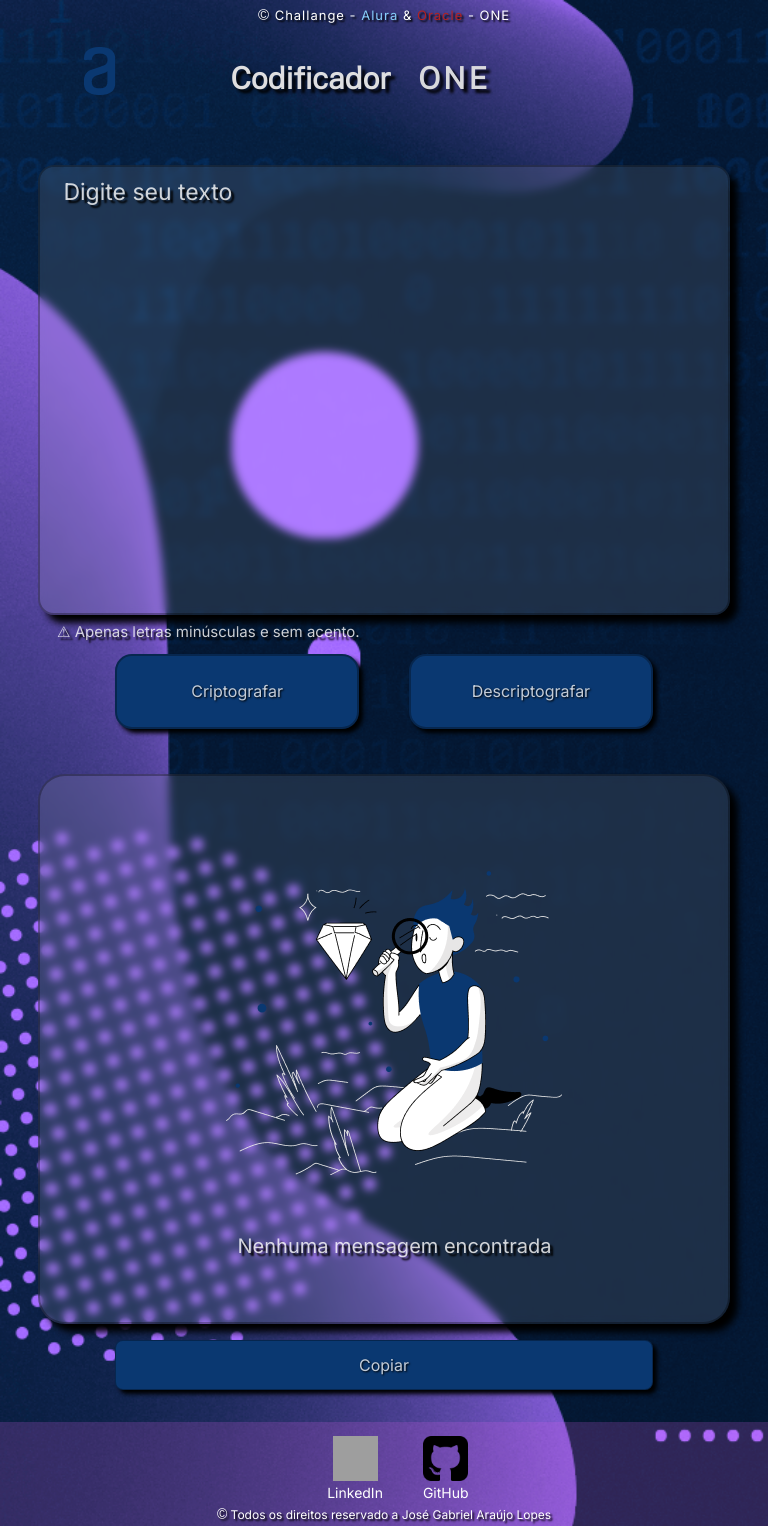
Repository: GabbrielLopes/Decodificador-ONE-Challange-Alura
Page: index.html
An editor plug-in stored every save of this project. The page is shown before and after a run of saves, followed by the edit.
The browser window is 768 px wide. The pictures show the whole page.
Pictures or frames that could not be fetched are drawn as grey boxes.

Above is the page before, as saved 2022-05-11 23:22:42.

### index.html

<!-- Regras Codificador:
"e" é convertido para "enter"
"i" é convertido para "imes"
"a" é convertido para "ai"
"o" é convertido para "ober"
"u" é convertido para "ufat"
Apenas letras minúsculas
Não permite acentuação
*/

/* Regras Decodificador:
"enter" é convertido para "e"
"imes" é convertido para "i"
"ai" é convertido para "a"
"ober" é convertido para "o"
"ufat" é convertido para "u"
Apenas letras minúsculas
Não permite acentuação
-->

<!DOCTYPE html>
<html lang="pt-br">
<head>
    <meta charset="UTF-8">
    <meta name="viewport" content="width=device-width">
    <link rel="stylesheet" href="css/reset.css">
    <link rel="stylesheet" href="css/style.css">
    <link rel="stylesheet" href="css/media.css">
    <link href="https://fonts.googleapis.com/css2?family=Inter&display=swap" rel="stylesheet">
    <link href="https://fonts.googleapis.com/css2?family=Public+Sans:wght@300&display=swap" rel="stylesheet">
    <title>Codificador ONE</title>
</head>
<body>
    <header>
        <div class="info-header">
            <p>© Challange - <a href="https://www.alura.com.br" target="_blank">Alura</a> & <a href="https://www.oracle.com/br/education/oracle-next-education/" target="_blank">Oracle</a> - ONE</p>
        </div>
        <div>
            <img src="imagens/logo-alura.png" alt="Logo alura com inicial da letra a" class="logo-cabecalho">
            <h2>Codificador <a href="https://www.oracle.com/br/education/oracle-next-education/" target="_blank">ONE</a></h2>
        </div>
        <div>
        </div>
    </header>
    <main class="main">
        <section>
            <textarea cols="40" rows="6" placeholder="Digite seu texto" class="campo-texto"></textarea>
            <div>
                <h6 class="informacao">⚠ Apenas letras minúsculas e sem acento.</h6>
            </div>

            <div class="botoes">
                <button class="btn-criptografar">Criptografar</button>
                <button class="btn-descriptografar">Descriptografar</button>
            </div>
        </section>

        <section class="mensagem">
            <textarea readonly cols="18" rows="8" placeholder="Nenhuma mensagem encontrada" ></textarea>
            <div class="div-btn-copy">
                <button class="btn-copy">Copiar</button>
            </div>
        </section>
    </main>
    <footer>

        <div class="icons-links">
            <div class="icons-flex">
                <a href="https://www.linkedin.com/in/josegabrielalopes/" target="_blank"><img src="imagens/linkedin.png">LinkedIn</a>
                <a href="https://github.com/GabbLps" target="_blank"><img src="imagens/github.png">GitHub</a>
            </div>
        </div>

        <div class="copyright">
            <p>© Todos os direitos reservado a <a href="https://www.linkedin.com/in/josegabrielalopes/" target="_blank">José Gabriel Araújo Lopes</a></p>
        </div>
    </footer>
</body>
<script src="./js/script.js"></script>
</html>

### css/style.css
* {
    font-family: "Inter", sans-serif;
}

html{
    margin: auto;
    padding: 0px;
    min-height: 100%;
    font-family: "Inter", sans-serif;
}

.info-header {
    margin-top: 0.5em;
    letter-spacing: 1px;
    font-size: 13px;
    justify-content: center;
    color: #fff;
    text-shadow: 2px 2px 2px #000;
    user-select: none;
}

.info-header p::first-letter{
    font-family: Arial, Helvetica, sans-serif;
    font-size: 15px;
}

.info-header a:nth-child(1), .info-header a:nth-child(2)  {
    color: #87CEFA;
    text-decoration: none;
}

.info-header a:nth-child(2) {
    color: #B22222;
}

header h2, header h2 a {
    user-select: none;
    font-family: 'Public Sans';
    font-size: 30px;
    letter-spacing: 3px;
    color: #E5E5E5;
    margin-top: 40px;
    margin-left: 20px;
    font-weight: bold;
    text-decoration: none;
    text-shadow: 4px 4px 3px #000;
    opacity: 0.97;
}

header div {
    display: flex;
}

.logo-cabecalho {
    margin: 25px 40px 40px 40px;
}

.main {
    min-height: calc(100vh - 120px);
    display: flex;
    margin-left: 80px;
}

body {
    box-sizing: border-box;
    margin: 0;
    width: 100%;
    height: 100%;
    background: #E5E5E5;
    background-image: url(../imagens/background.png);
    background-size: cover;
}

section div {
    margin: 0;
    display: flex;
}

textarea {
    font-size: 23px;
    color: rgba(255,255,255, 0.8);
    background: rgba( 255, 255, 255, 0.1);
    backdrop-filter: blur(4px);
    -webkit-backdrop-filter: blur(3px);
    text-shadow: 3px 3px 2px black;
    vertical-align: top;
    resize: none;
}

textarea::placeholder {
    color: rgba(255,255,255, 0.8);
    text-shadow: 3px 3px 2px black;
    text-align: top;
    margin-top: 2em;
}

.campo-texto {
    box-sizing: border-box;
    width: 640px;
    height: 300px;   /*  480 px   */
    margin-top: 60px;
    margin-left: 4em;
    padding-top: 0.5em;
    padding-left: 1em;
    border: 2px solid rgba( 0, 0, 0, 0.3);
    border-radius: 16px;
    box-shadow: 8px 8px 7px #000;
}

.mensagem textarea {
    box-sizing: border-box;
    width: 320px;
    height: 550px;
    margin-left: 2em;
    padding-top: 0.5em;
    padding-left: 1em;
    text-align: left;
    border: 2px solid rgba( 0, 0, 0 , 0.3);
    border-radius: 27px;
    box-shadow: 8px 8px 7px #000;
}

.mensagem textarea::placeholder {
    padding-top: 447px;
    text-align: center;
    font-size: 20px;
    background-image: url(../imagens/boneco.png);
    background-repeat: no-repeat;
    background-position: -50px 100px;
}
/*
.campo-mensagem-imagem {
    background-image: url(boneco.png);
    background-repeat: no-repeat;
    background-position: center;
}
*/
.informacao {
    user-select: none;
    color: rgba(255,255,255, 0.8);
    text-shadow: 3px 3px 2px black;
    font-size: 15px;
    margin-left: 9em;
    margin-top: 0.6em;
}

.botoes {
    display: flex;
    margin-left: 9em;
    margin-top: 2em;
}

.btn-criptografar, .btn-descriptografar {
    width: 250px;
    height: 75px;
    border: 2px solid rgba( 0, 0, 0 , 0.3);
    border-radius: 17px;
    background-color: #0A3871;
    color: rgba(216, 223, 232, 0.9);
    text-shadow: 1px 1px 2px #000;
    font-size: 16px;
    box-shadow: 4px 4px 4px #000;
    transition: 80ms;
}

.btn-descriptografar {
    margin-left: 50px;
}

.btn-criptografar:hover, .btn-descriptografar:hover {
    cursor: pointer;
    background-color: rgba(216, 223, 232, 0.8) ;
    color: #0A3871;
    transition: 80ms;
    font-size: 20px;
}

.btn-criptografar:active, .btn-descriptografar:active {
    font-size: 19px;
}

.btn-copy {
    width: 200px;
    height: 50px;
    margin-left: 100px;
    margin-top: 1em;
    border: 1px solid rgba( 0, 0, 0 , 0.3);
    border-radius: 8px;
    background-color: #0A3871;
    color: rgba(216, 223, 232, 0.9);
    text-shadow: 1px 1px 2px #000;
    font-size: 16px;
    box-shadow: 4px 4px 4px #000;
    transition: 80ms;
}

.btn-copy:hover {
    cursor: pointer;
    background-color: rgba(216, 223, 232, 0.8) ;
    color: white;
    transition: 80ms;
    font-size: 17px;
    margin-bottom: 2em;
}

.btn-copy:active {
    font-size: 18px;
}

footer {
    width: 100%;
    background-color: rgba(219,97,234, 0.2);

}

.icons-links img{
    display: block;
    width: 45px;
    height: 45px;
    margin: 1em auto;
    margin-bottom: 5px;
    justify-content: center;
}

.icons-links a {
    display: block;
    color: #fff;
    margin: 0 20px;
    text-align: center;
    align-items: center;
    font-size: 14px;
    text-decoration: none;
}

.icons-links a:nth-child(1):hover {
    color:#0077b7;
    transition: 0.3s;
}

.icons-links a:nth-child(2):hover {
    color:#000;
    transition: 0.3s;
}

.icons-flex {
    display: flex;
    margin: 0 40%;
    margin-bottom: 7px;
}

.copyright p {
    user-select: none;
    color: #fff;
    font-size: 12px;
    text-align: center;
    align-items: end;  /* Alinha vertical  */
    justify-content: center;   /* Alinha horizontal */
    padding: 0 0 5px;
    text-shadow: 2px 2px 2px #000;

}

.copyright p:first-letter{
    font-size: 14px;
    font-family: Arial, Helvetica, sans-serif;
}

.copyright a{
    color: #fff;
    text-decoration: none;
    text-shadow: 2px 2px 2px #000;
}

### css/media.css
@media screen and (max-width: 866px) {

    header h2 {
        margin: auto;
        letter-spacing: normal;
        align-self: center;
        position: absolute;
        left: 30%;
    }

    .main {
        display: flex;
        flex-direction: column;
        margin: 0;
    }

    .campo-texto, .mensagem textarea {
        margin: 30px 5%;
        margin-bottom: 0px;
        width: 90%;
        height: 450px;
    }

    .mensagem textarea {
        height: 550px;
    }

    .informacao {
        margin-left: 57px;
    }

    .botoes {
        margin: 15px 15%;
        max-width: 80%;
    }

    .mensagem textarea::placeholder {
        padding-top: 447px;
        text-align: center;
        font-size: 20px;
        background-image: url(../imagens/boneco.png);
        background-repeat: no-repeat;
        background-position: center;
    }

    .btn-copy {
        margin: 2em 15%;
        margin-top: 1em;
        width: 100%;
    }

}

### js/script.js
/* Regras Codificador:
"e" é convertido para "enter"
"i" é convertido para "imes"
"a" é convertido para "ai"
"o" é convertido para "ober"
"u" é convertido para "ufat"
Apenas letras minúsculas
Não permite acentuação

 Regras Decodificador:
"enter" é convertido para "e"
"imes" é convertido para "i"
"ai" é convertido para "a"
"ober" é convertido para "o"
"ufat" é convertido para "u"
Apenas letras minúsculas
Não permite acentuação   */

var botaoEncriptar = buscaElemento(".btn-criptografar");
var botaoDesencriptar = buscaElemento(".btn-descriptografar");
var botaoCopiar = buscaElemento(".btn-copy");
var campoMensagem = buscaElemento(".campo-mensagem");
var sectionMensagem = buscaElemento(".mensagem textarea");
var campoTexto = buscaElemento(".campo-texto");

function buscaElemento(elemento){
    return document.querySelector(elemento);
}

//  Função onde joga o valor do campo de texto para o campo mensagem,chamando a função de encriptar
function btnEncriptar() {
    var texto = campoTexto.value;
    sectionMensagem.value = encriptar(texto);
    campoTexto.value = "";
}

//  Função onde faz a criptografia do texo digitado pelo usuário
function encriptar (texto) {
    var texto = texto.replaceAll(/e/gi,"enter")
    .replaceAll(/i/gi,"imes")
    .replaceAll(/a/gi, "ai")
    .replaceAll(/o/gi,"ober")
    .replaceAll(/u/gi,"ufat");

    stringEncriptada = texto;
    return stringEncriptada.toLowerCase();
}

// Função onde joga o valor do campo de texto para o campo mensagem,chamando a função de desencriptar
function btnDesencriptar() {
    var texto = campoTexto.value;
    sectionMensagem.value = desencriptar(texto);
    campoTexto.value = "";
}

// Função onde desencripta o texto digitado pelo usuário
function desencriptar (texto) {
    var texto = texto.replaceAll("enter","e")
    .replaceAll("imes","i")
    .replaceAll("ai", "a")
    .replaceAll("ober","o")
    .replaceAll("ufat","u");

    stringDesencriptada = texto;
    return stringDesencriptada;
}

// Função de copiar o valor do campo da mensagem e muda o nome do botão para copiado por 3,5 segundos
function btnCopiar(e) {
    navigator.clipboard.writeText(sectionMensagem.value);
    botaoCopiar.textContent = "Copiado!";
    sectionMensagem.value = "";
    botaoCopiar.style.border="2px solid white";
    setTimeout(function(){
        botaoCopiar.textContent = "Copiar";
        botaoCopiar.style.border="1px solid rgba( 0, 0, 0 , 0.3";
        botaoCopiar.style.color="rgba(216, 223, 232, 0.9)";
    },3500);
}

// Função onde verifica se o campo da mensagem está vazio e adiciona e remove classe para mostrar imagem de acordo com a verificação.
/*function verificaMensagem() {
    if(sectionMensagem.value == ""){
        sectionMensagem.classList.add("campo-mensagem-imagem");
    } else {
        sectionMensagem.classList.remove("campo-mensagem-imagem");
    }
}

// Repetindo a função verificaMensagem para verificar a todo momento se o campoMensagem está vazio
setInterval(verificaMensagem, 10);*/

// Escutadores de eventos, quando os botões forem clicados, executar suas devidas funções
botaoEncriptar.addEventListener('click', btnEncriptar);
botaoDesencriptar.addEventListener('click', btnDesencriptar);
botaoCopiar.addEventListener('click', btnCopiar);

Loaded but not shown: css/reset.css (common file)

After the next 2 saves:
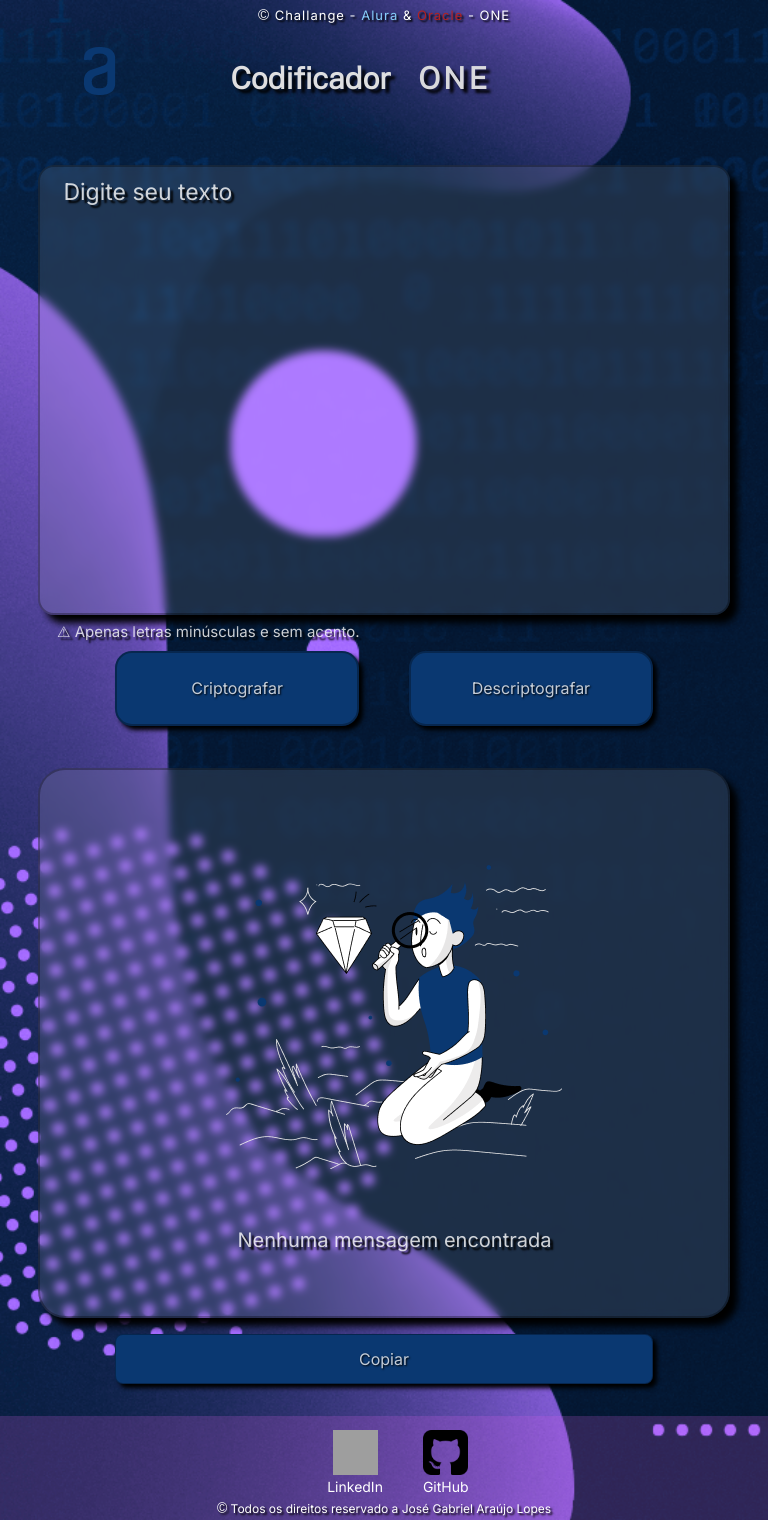
The 2 saves are shown as one change because they came seconds apart.
The last was saved 6 s later.
--- a/css/media.css
+++ b/css/media.css
@@ -30,7 +30,7 @@
     }
 
     .botoes {
-        margin: 15px 15%;
+        margin: 12px 15%;
         max-width: 80%;
     }
 
